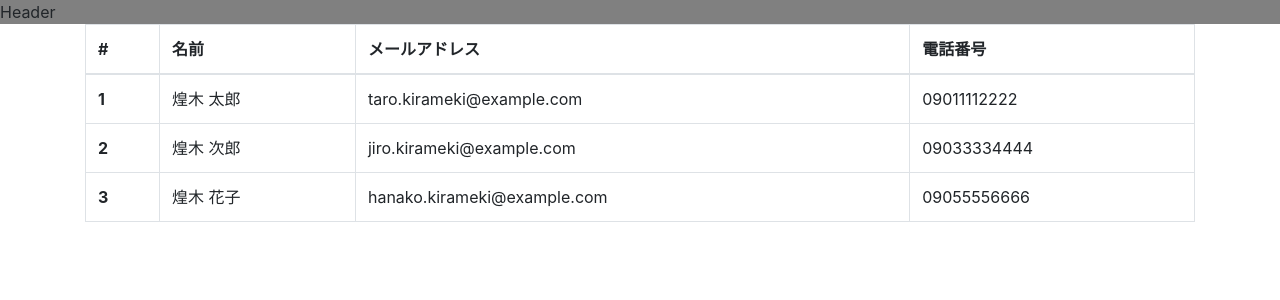
Repository: Eri-Naka/test
Page: boot/WebContent/index.html
An editor plug-in stored every save of this project. The page is shown before and after the next save, followed by the edit.
The browser window is 1280 px wide. The pictures show the whole page.

Above is the page before, as saved 2018-06-25 05:25:53.

### boot/WebContent/index.html
<!DOCTYPE html>
<html lang ="ja">
<head>
<meta charset="UTF-8">

<head>
    <!-- Required meta tags -->
    <meta charset="utf-8">
    <meta name="viewport" content="width=device-width, initial-scale=1, shrink-to-fit=no">
    <meta http-equiv="X-UA-Compatible" content="IE=edge">
    <meta name="viewport" content="width=device-width, initial-scale=1">

    <!-- Bootstrap CSS -->
    <link rel="stylesheet" href="https://stackpath.bootstrapcdn.com/bootstrap/4.1.1/css/bootstrap.min.css" integrity="sha384-WskhaSGFgHYWDcbwN70/dfYBj47jz9qbsMId/iRN3ewGhXQFZCSftd1LZCfmhktB" crossorigin="anonymous">
<style >
.box{
text-align: center;
}

</style>

    <title>Hello, world!</title>
  </head>
  <body>
  <header style="background-color:gray">Header</header>
<div class="container">
  <div class="table-responsive">
    <table class="table table-bordered">
    <thead>
      <tr>
        <th>#</th>
        <th>名前</th>
        <th>メールアドレス</th>
        <th>電話番号</th>
      </tr>
    </thead>
    <tbody>
      <tr>
        <th scope="row">1</th>
          <td>煌木 太郎</td>
          <td>taro.kirameki@example.com</td>
          <td>09011112222</td>
      </tr>
      <tr>
        <th scope="row">2</th>
          <td>煌木 次郎</td>
          <td>jiro.kirameki@example.com</td>
          <td>09033334444</td>
      </tr>
      <tr>
        <th scope="row">3</th>
          <td>煌木 花子</td>
          <td>hanako.kirameki@example.com</td>
          <td>09055556666</td>
      </tr>
    </tbody>
  </table>
</div>

    <!-- Optional JavaScript -->
    <!-- jQuery first, then Popper.js, then Bootstrap JS -->
    <script src="https://code.jquery.com/jquery-3.3.1.slim.min.js" integrity="sha384-q8i/X+965DzO0rT7abK41JStQIAqVgRVzpbzo5smXKp4YfRvH+8abtTE1Pi6jizo" crossorigin="anonymous"></script>
    <script src="https://cdnjs.cloudflare.com/ajax/libs/popper.js/1.14.3/umd/popper.min.js" integrity="sha384-ZMP7rVo3mIykV+2+9J3UJ46jBk0WLaUAdn689aCwoqbBJiSnjAK/l8WvCWPIPm49" crossorigin="anonymous"></script>
    <script src="https://stackpath.bootstrapcdn.com/bootstrap/4.1.1/js/bootstrap.min.js" integrity="sha384-smHYKdLADwkXOn1EmN1qk/HfnUcbVRZyYmZ4qpPea6sjB/pTJ0euyQp0Mk8ck+5T" crossorigin="anonymous"></script>
  </body>
</html>

After the next save:
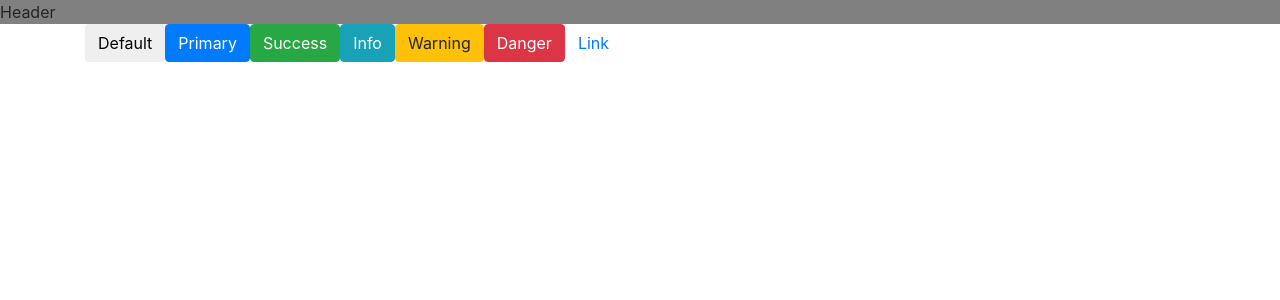
Saved 85 s later.
--- a/boot/WebContent/index.html
+++ b/boot/WebContent/index.html
@@ -27,32 +27,13 @@ text-align: center;
   <div class="table-responsive">
     <table class="table table-bordered">
     <thead>
-      <tr>
-        <th>#</th>
-        <th>名前</th>
-        <th>メールアドレス</th>
-        <th>電話番号</th>
-      </tr>
-    </thead>
-    <tbody>
-      <tr>
-        <th scope="row">1</th>
-          <td>煌木 太郎</td>
-          <td>taro.kirameki@example.com</td>
-          <td>09011112222</td>
-      </tr>
-      <tr>
-        <th scope="row">2</th>
-          <td>煌木 次郎</td>
-          <td>jiro.kirameki@example.com</td>
-          <td>09033334444</td>
-      </tr>
-      <tr>
-        <th scope="row">3</th>
-          <td>煌木 花子</td>
-          <td>hanako.kirameki@example.com</td>
-          <td>09055556666</td>
-      </tr>
+     <button type="button" class="btn btn-default">Default</button>
+<button type="button" class="btn btn-primary">Primary</button>
+<button type="button" class="btn btn-success">Success</button>
+<button type="button" class="btn btn-info">Info</button>
+<button type="button" class="btn btn-warning">Warning</button>
+<button type="button" class="btn btn-danger">Danger</button>
+<button type="button" class="btn btn-link">Link</button>
     </tbody>
   </table>
 </div>
